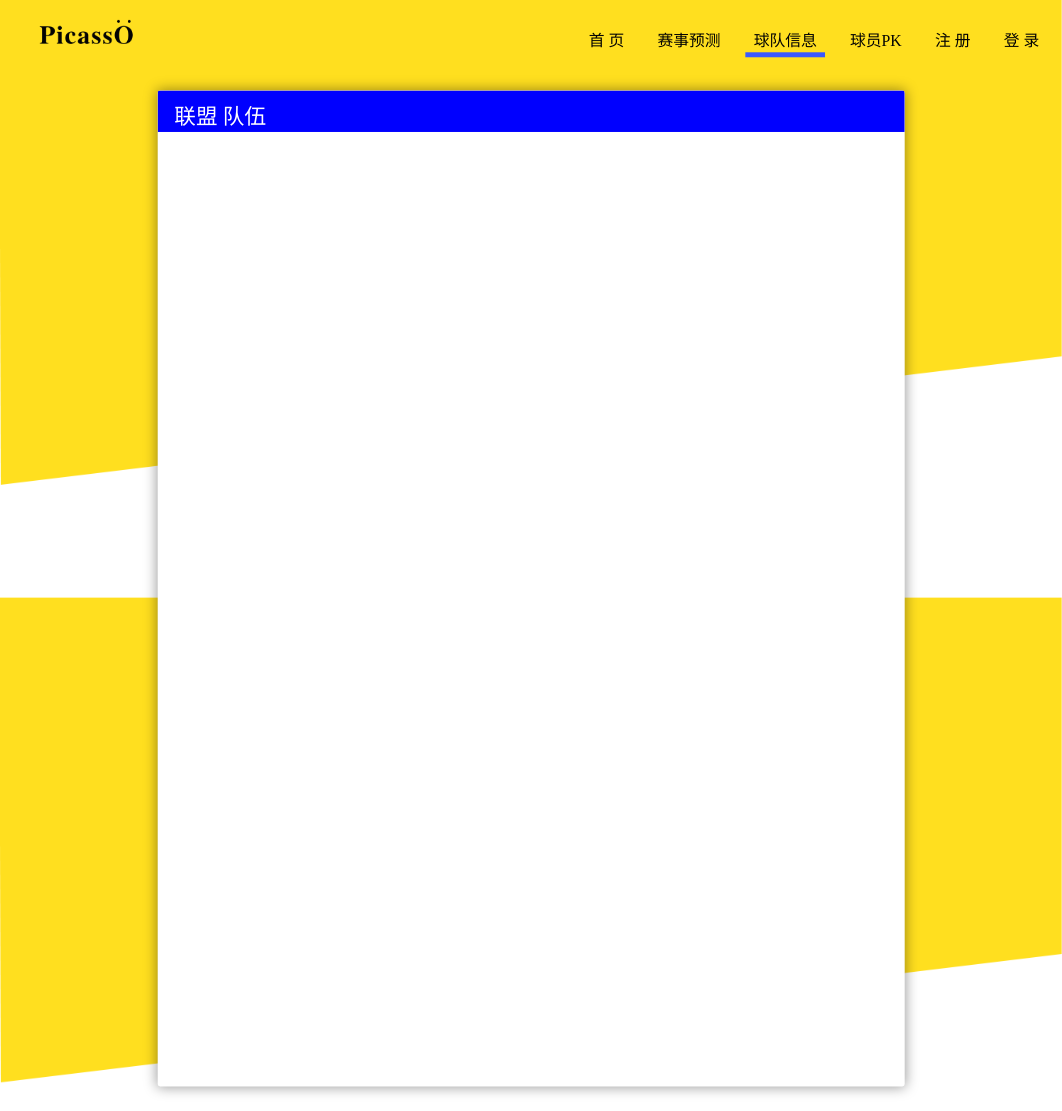
Repository: cciixx/nba-prediction-sys
Page: public/team_index.html
These files come from the project's save history. The page is drawn as it stood at one moment and after the next save; the edit follows.
The browser window is 1280 px wide. The pictures show the whole page, at 83% of full size.
The page's requests for data from a server got no answer. Backgrounds fixed to the window are drawn as part of the page.

Above is the page before, as saved 2020-03-20 22:01:04.

After the next save:
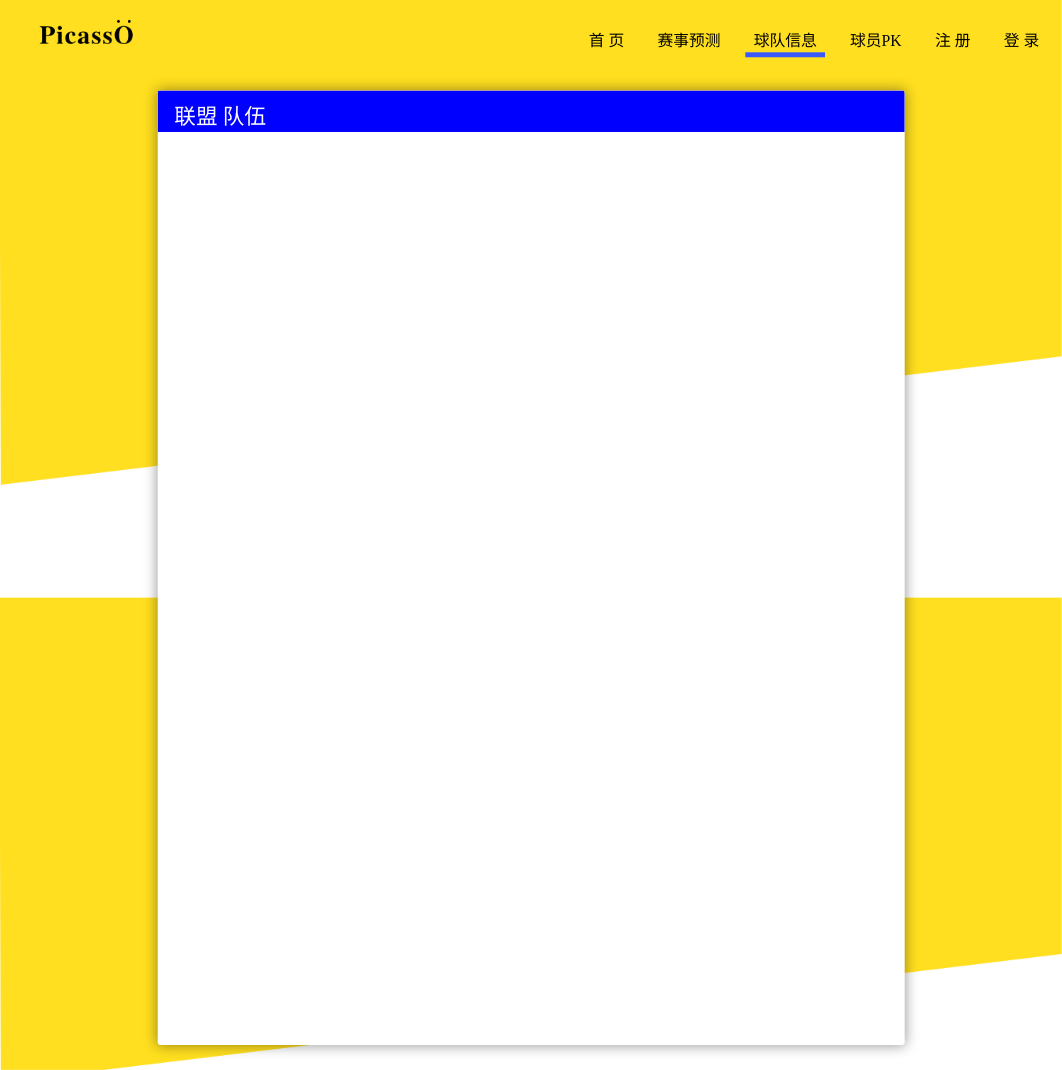
Saved 20 s later.
--- a/public/stylesheets/team_index.css
+++ b/public/stylesheets/team_index.css
@@ -1,7 +1,7 @@
 .team_bg{
     overflow: hidden;
     width: 900px;
-    height: 1200px;
+    height: 1150px;
     margin: 30px auto;
 	/* font-size: 26px; */
 	background: white;
